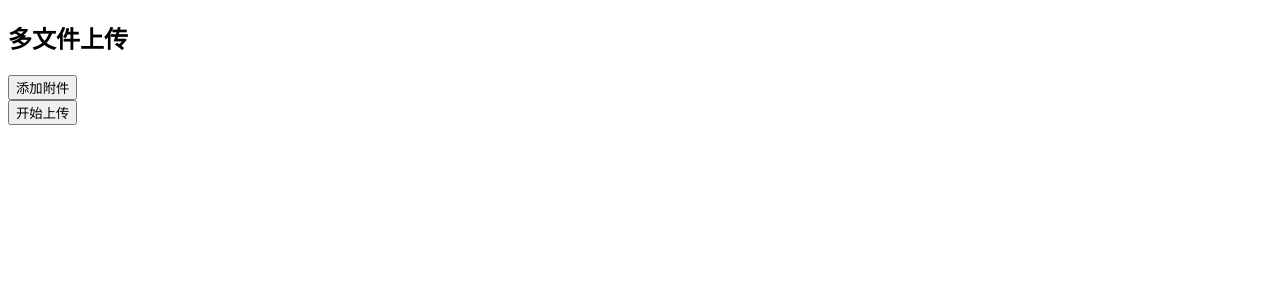
Repository: iamsongpeng/java-web-demo
Page: http://localhost/java-web-demo-upload-01/manyFileUpload.jsp
These files come from the project's save history. The page is drawn as it stood at one moment and after the next save; the edit follows.
The browser window is 1280 px wide. The pictures show the whole page.
The page is served by Tomcat 9. Other server files are loaded and not shown.

Above is the page before, as saved 2017-06-12 03:42:13.

### java-web-demo-upload-01/WebContent/manyFileUpload.jsp
<%@ page language="java" contentType="text/html; charset=UTF-8"
    pageEncoding="UTF-8"%>
<!DOCTYPE html PUBLIC "-//W3C//DTD HTML 4.01 Transitional//EN" "http://www.w3.org/TR/html4/loose.dtd">
<html>
<head>
<meta http-equiv="Content-Type" content="text/html; charset=UTF-8">
<title>Insert title here</title>
</head>
<body>
	<h2>多文件上传</h2>
	<form method="post" enctype="multipart/form-data" action="${pageContext.request.contextPath }/uploadFiles">
		<input type="button" value="添加附件" onclick="addItem()">
		<div id="uploadDiv">

		</div>
		<input type="submit" value="开始上传">
	</form>
</body>
</html>

After the next save:
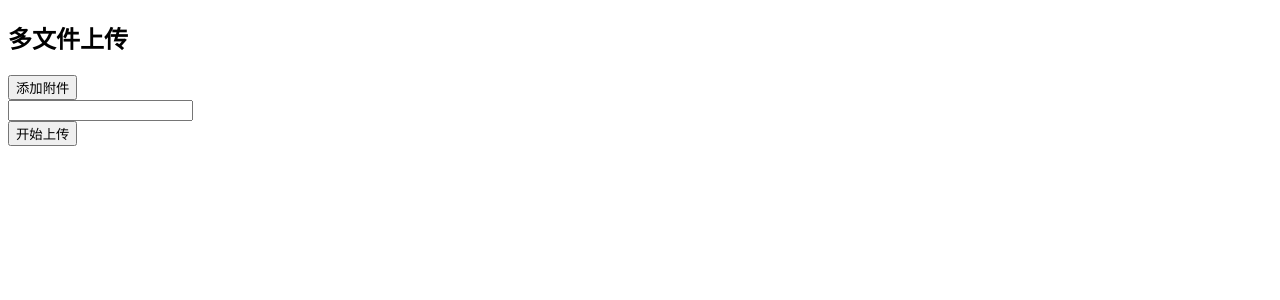
Saved 43 s later.
--- a/java-web-demo-upload-01/WebContent/manyFileUpload.jsp
+++ b/java-web-demo-upload-01/WebContent/manyFileUpload.jsp
@@ -11,7 +11,7 @@
 	<form method="post" enctype="multipart/form-data" action="${pageContext.request.contextPath }/uploadFiles">
 		<input type="button" value="添加附件" onclick="addItem()">
 		<div id="uploadDiv">
-
+			<input type="text" name="description">
 		</div>
 		<input type="submit" value="开始上传">
 	</form>
